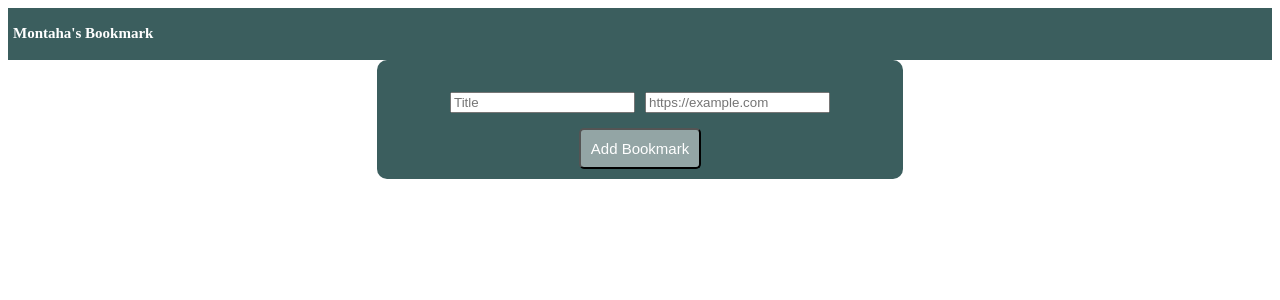
Repository: eidimontaha18-maker/finalproject
Page: index.html
These files come from the project's save history. The page is drawn as it stood at one moment and after the next save; the edit follows.
The browser window is 1280 px wide. The pictures show the whole page.

Above is the page before, as saved 2025-11-25 23:29:43.

After the next save:
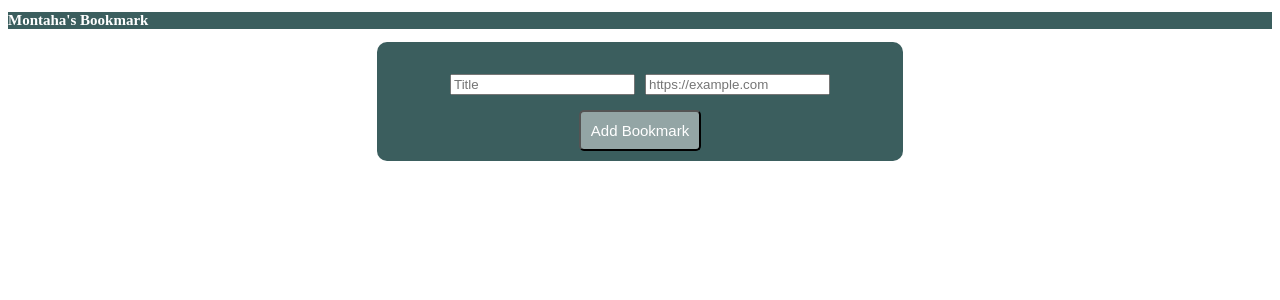
Saved 13 s later.
--- a/style.css
+++ b/style.css
@@ -18,8 +18,6 @@
 
 nav{
     background-color: rgb(59, 94, 94);
-    padding:5px;
-    margin-top: 0px 10px 10px 0px;
     text-align: left;
     font-size: 10px;
     color: white;
